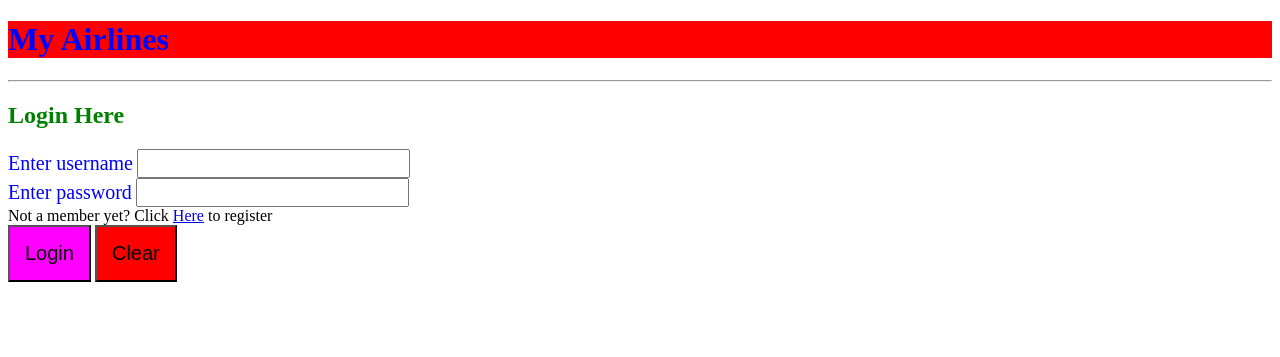
Repository: vishhaldawane/DS_WEB23
Page: MyWebProject/public/Login3.html
An editor plug-in stored every save of this project. The page is shown before and after the next save, followed by the edit.
The browser window is 1280 px wide. The pictures show the whole page.

Above is the page before, as saved 2023-07-31 09:03:40.

After the next save:
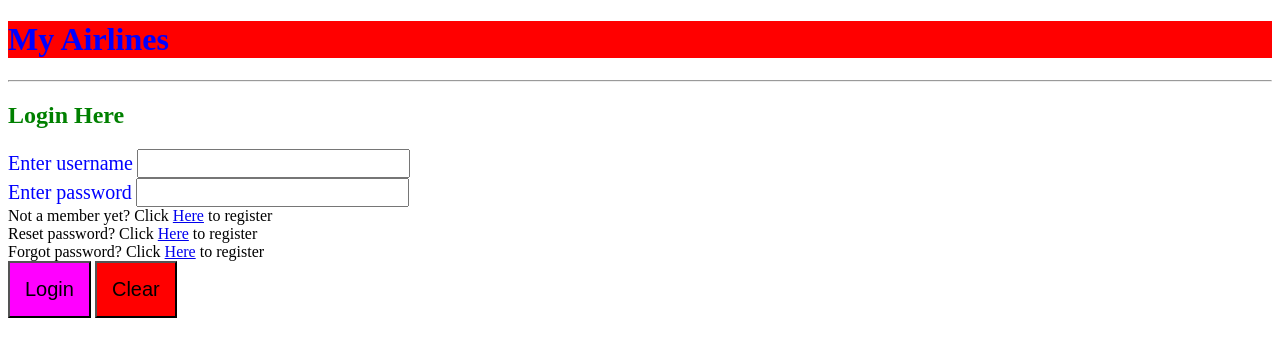
Saved 96 s later.
--- a/MyWebProject/public/Login3.html
+++ b/MyWebProject/public/Login3.html
@@ -18,9 +18,12 @@
 			<label>Enter password</label> <input  type=password name="upass"><br>
 
 			Not a member yet? Click <a href="Register.html">Here</a> to register<br>
+			Reset password? Click <a href="ResetPassword.html">Here</a> to register<br>
+			Forgot password? Click <a href="ForgotPassword.html">Here</a> to register<br>
 
 			<button type="submit">Login</button>
 			<button style="background-color: red">Clear</button>
+
 		</form>
 	</body>
 
